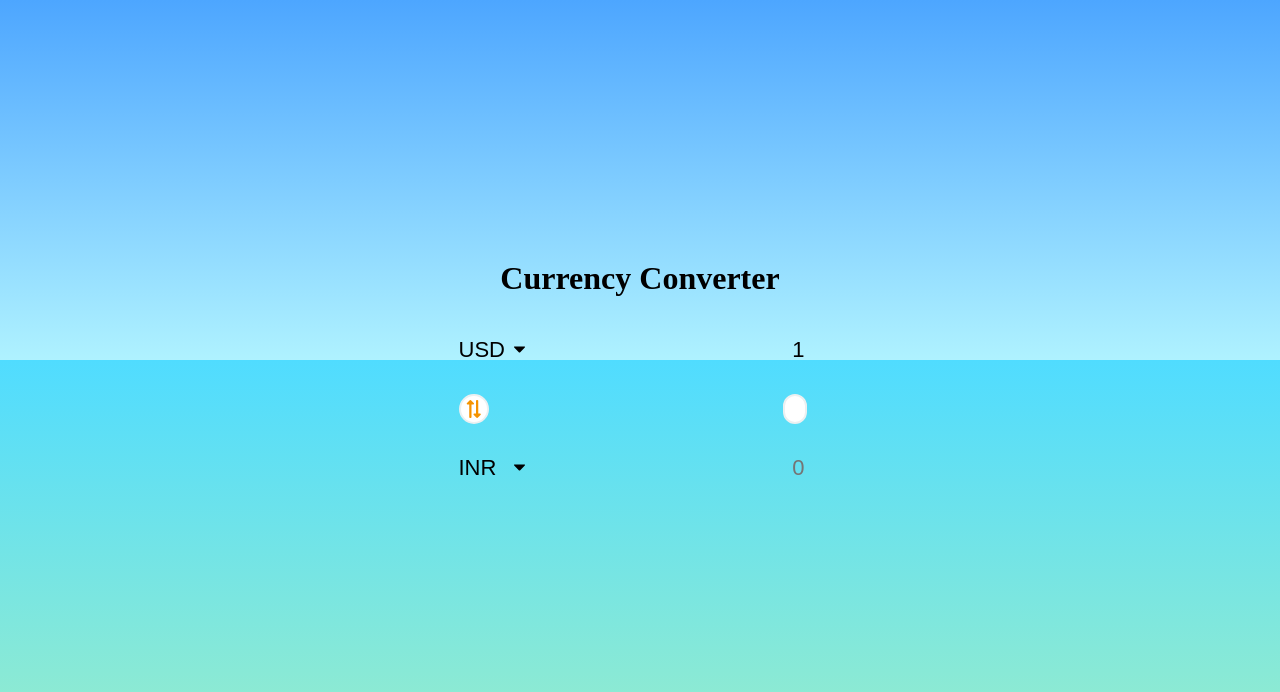
Repository: Sp4ngl3r/Currency-Converter
Page: currency.html
The author's editor kept a copy of each file at every save. The page is drawn from the files as they stood at one save, then again after the next save.
The browser window is 1280 px wide. The pictures show the whole page.
Some web fonts or font styles are not loaded; a fallback is used. Some web libraries are served in a nearby version.

Above is the page before, as saved 2020-04-18 18:31:55.
Console error: TypeError: Cannot read properties of null (reading 'addEventListener')

After the next save:
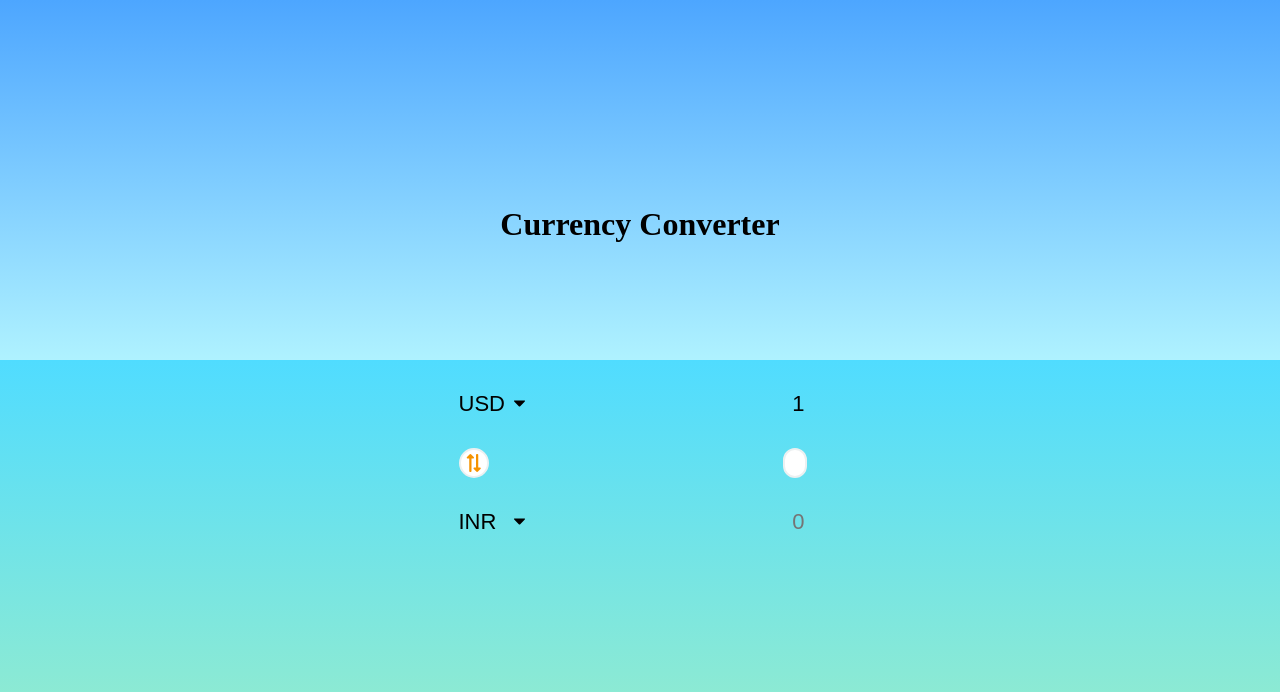
Saved 18 s later.
--- a/currency.html
+++ b/currency.html
@@ -13,6 +13,7 @@
       <h1>Currency Converter</h1>
     </div>
     <br />
+    <br /><br /><br /><br /><br /><br />
 
     <div class="container">
       <div class="currency">
